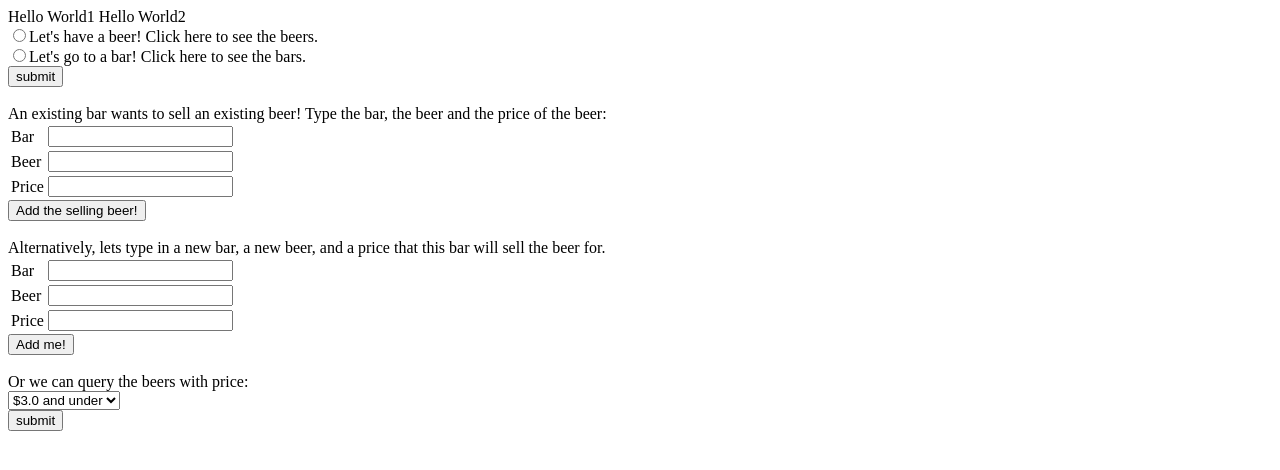
Repository: JephteyAdolphe/auction-system
Page: http://localhost/project/
An editor plug-in stored every save of this project. The page is shown before and after the next save, followed by the edit.
The browser window is 1280 px wide. The pictures show the whole page.
The page is served by Tomcat 10. Other server files are loaded and not shown.

Above is the page before, as saved 2021-03-15 15:16:06.

### project/WebContent/HelloWorld.jsp
<%@ page language="java" contentType="text/html; charset=ISO-8859-1"
    pageEncoding="ISO-8859-1" import="com.cs336.pkg.*"%>
<%@ page import="java.io.*,java.util.*,java.sql.*"%>
<%@ page import="javax.servlet.http.*,javax.servlet.*" %>


<!DOCTYPE html PUBLIC "-//W3C//DTD HTML 4.01 Transitional//EN" "http://www.w3.org/TR/html4/loose.dtd">
<html>
	<head>
		<meta http-equiv="Content-Type" content="text/html; charset=ISO-8859-1">
		<title>Login</title>
	</head>

	<body>

		Hello World1 <!-- the usual HTML way -->
		<% out.println("Hello World2"); %> <!-- output the same thing, but using
	                                      jsp programming -->

		<br>

		 <!-- Show html form to i) display something, ii) choose an action via a
		  | radio button -->
		<!-- forms are used to collect user input
			The default method when submitting form data is GET.
			However, when GET is used, the submitted form data will be visible in the page address field-->
		<form method="post" action="show.jsp">
		    <!-- note the show.jsp will be invoked when the choice is made -->
			<!-- The next lines give HTML for radio buttons being displayed -->
		  <input type="radio" name="command" value="beers"/>Let's have a beer! Click here to see the beers.
		  <br>
		  <input type="radio" name="command" value="bars"/>Let's go to a bar! Click here to see the bars.
		    <!-- when the radio for bars is chosen, then 'command' will have value
		     | 'bars', in the show.jsp file, when you access request.parameters -->
		  <br>
		  <input type="submit" value="submit" />
		</form>
		<br>

	An existing bar wants to sell an existing beer! Type the bar, the beer and the price of the beer:
	<br>
		<form method="get" action="sellsNewBeer.jsp">
			<table>
				<tr>
					<td>Bar</td><td><input type="text" name="barvalia"></td>
				</tr>
				<tr>
					<td>Beer</td><td><input type="text" name="beer"></td>
				</tr>
				<tr>
					<td>Price</td><td><input type="text" name="price"></td>
				</tr>
			</table>
			<input type="submit" value="Add the selling beer!">
		</form>
	<br>


	Alternatively, lets type in a new bar, a new beer, and a price that this bar will sell the beer for.
	<br>
		<form method="post" action="newBarBeerPrice.jsp">
		<table>
		<tr>
		<td>Bar</td><td><input type="text" name="bar"></td>
		</tr>
		<tr>
		<td>Beer</td><td><input type="text" name="beer"></td>
		</tr>
		<tr>
		<td>Price</td><td><input type="text" name="price"></td>
		</tr>
		</table>
		<input type="submit" value="Add me!">
		</form>
	<br>

	Or we can query the beers with price:
	<br>
		<form method="get" action="query.jsp">
			<select name="price" size=1>
				<option value="3.0">$3.0 and under</option>
				<option value="5.0">$5.0 and under</option>
				<option value="8.0">$8.0 and under</option>
			</select>&nbsp;<br> <input type="submit" value="submit">
		</form>
	<br>

</body>
</html>

After the next save:
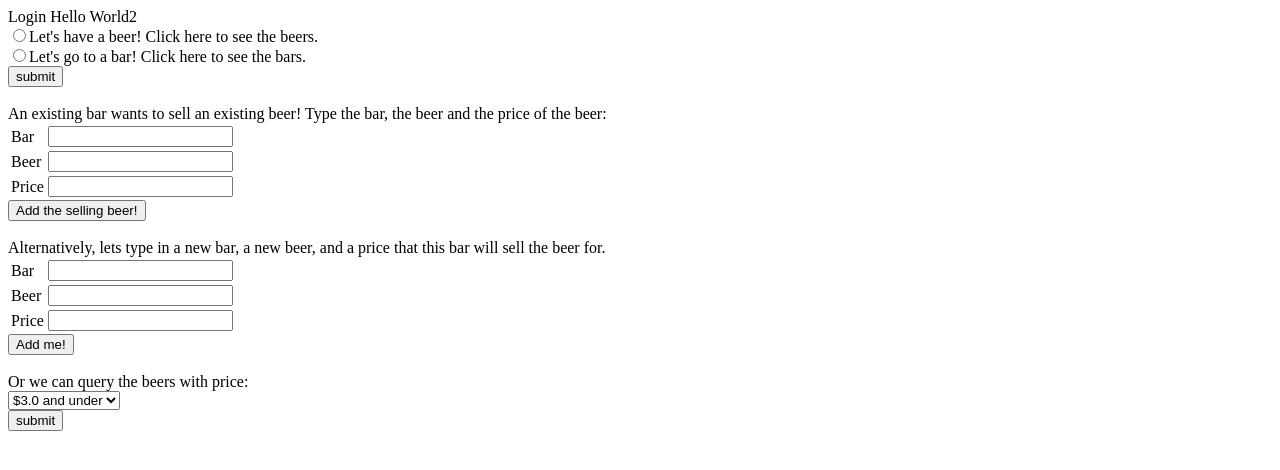
Saved 23 s later.
--- a/project/WebContent/HelloWorld.jsp
+++ b/project/WebContent/HelloWorld.jsp
@@ -13,7 +13,7 @@
 
 	<body>
 
-		Hello World1 <!-- the usual HTML way -->
+		Login <!-- the usual HTML way -->
 		<% out.println("Hello World2"); %> <!-- output the same thing, but using
 	                                      jsp programming -->
 

After the save that followed:
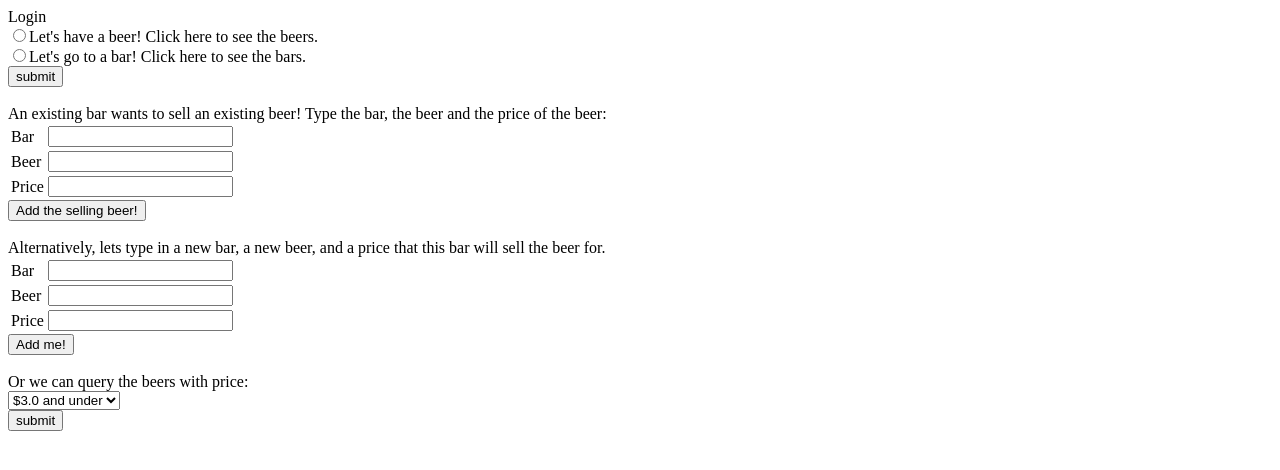
Saved 19 s later.
--- a/project/WebContent/HelloWorld.jsp
+++ b/project/WebContent/HelloWorld.jsp
@@ -14,9 +14,6 @@
 	<body>
 
 		Login <!-- the usual HTML way -->
-		<% out.println("Hello World2"); %> <!-- output the same thing, but using
-	                                      jsp programming -->
-
 		<br>
 
 		 <!-- Show html form to i) display something, ii) choose an action via a
